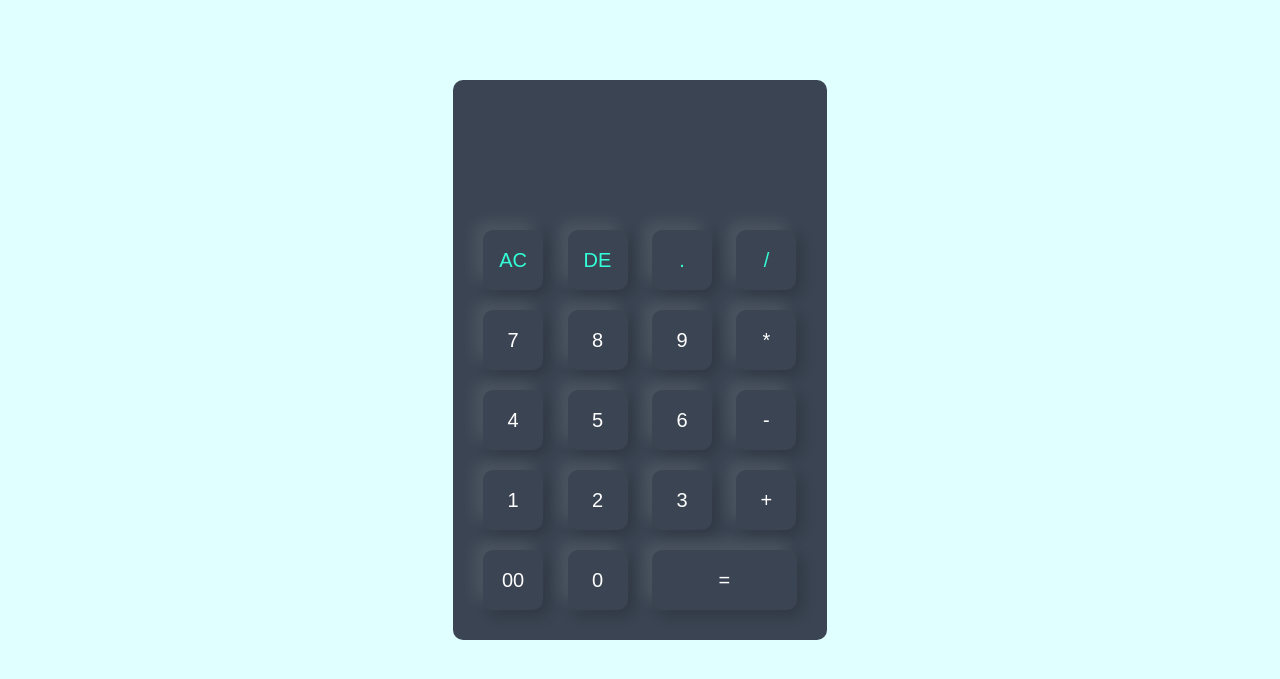
Repository: Anureet23/Calculator
Page: index.html
The author's editor kept a copy of each file at every save. The page is drawn from the files as they stood at one save, then again after the next save.
The browser window is 1280 px wide. The pictures show the whole page.

Above is the page before, as saved 2023-02-07 23:21:21.

After the next save:
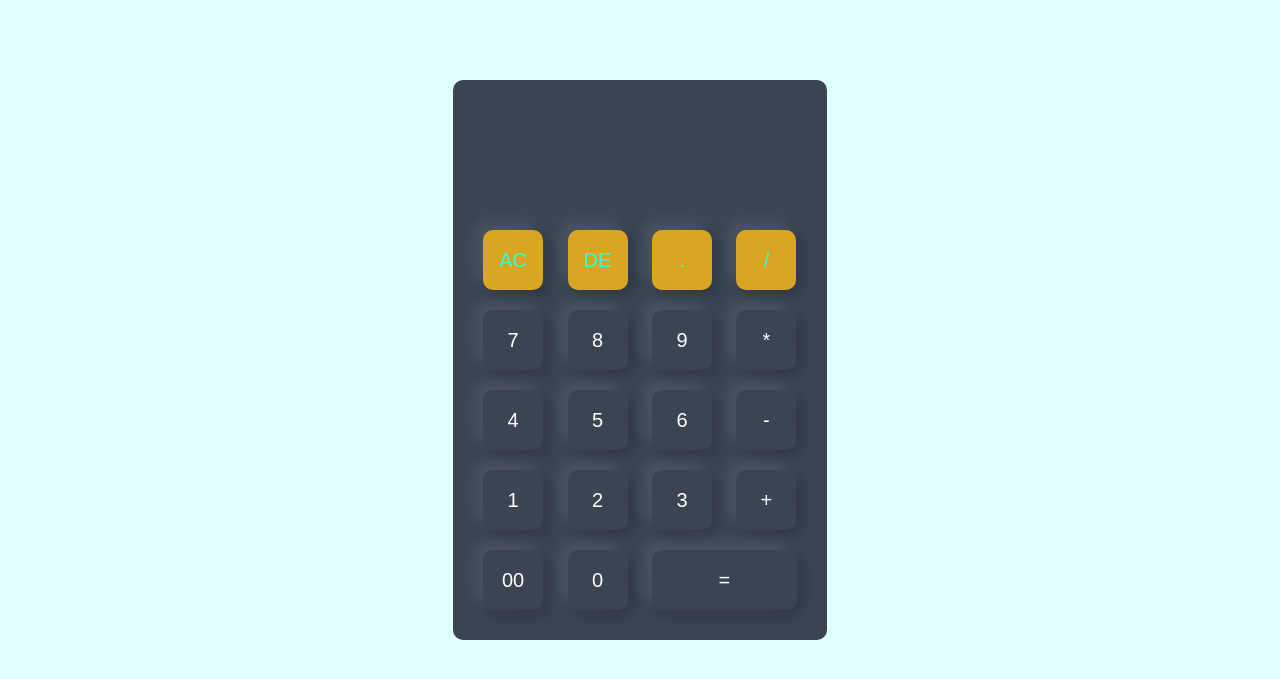
Saved 13 s later.
--- a/style.css
+++ b/style.css
@@ -50,5 +50,5 @@ form input.equal{
 }
 form input.operator{
     color:#33ffd8;
-    background-color: ;
+    background-color: goldenrod;
 }
